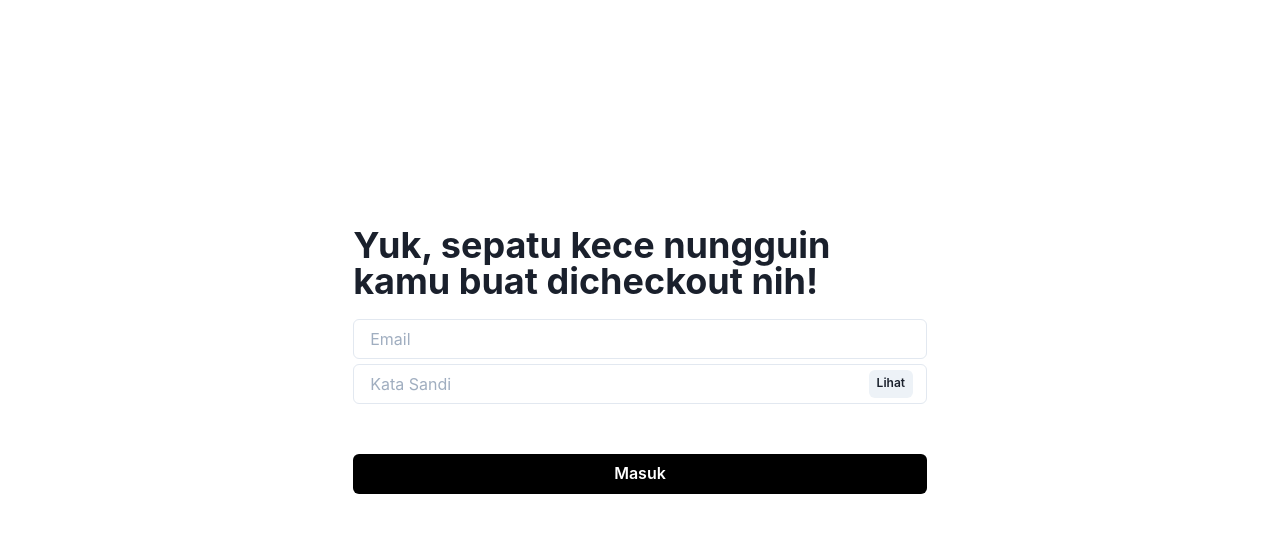
Repository: haileykwen/hanskering
Page: /
These files come from the project's save history. The page is drawn as it stood at one moment and after the next save; the edit follows.
The browser window is 1280 px wide. The pictures show the whole page.
The project was rebuilt for these pictures with package versions that can differ from the ones it lists, and the page was loaded fresh each time. Also part of the build but not shown: src/App.css, src/pages/Signup/index.js.

Above is the page before, as saved 2021-12-10 11:18:53.

### src/App.js
import './App.css';
import { Signin, Signup } from './pages';

function App() {
  return (
    // <Signup />
    <Signin />
  );
}

export default App;

### src/pages/index.js
import Signup from "./Signup";
import Signin from "./Signin";

export {
    Signup,
    Signin
}

### src/pages/Signin/index.js
import { Button } from '@chakra-ui/button'
import { Input, InputGroup, InputRightElement } from '@chakra-ui/input'
import { Container, Heading } from '@chakra-ui/layout'
import React from 'react'

const Signin = () => {
    const [show, setShow] = React.useState(false)
    const handleClick = () => setShow(!show)

    return (
        <Container minH="100vh" alignItems="center" justifyContent="center" centerContent>
            <Heading marginBottom="20px" lineHeight="100%">Yuk, sepatu kece nungguin kamu buat dicheckout nih!</Heading>

            <Input placeholder='Email' focusBorderColor="black"/>
            <InputGroup marginTop="5px">
                <Input
                    focusBorderColor="black"
                    type={show ? 'text' : 'password'}
                    placeholder='Kata Sandi'
                />
                <InputRightElement width='4.5rem'>
                    <Button h='1.75rem' size='xs' onClick={handleClick} _focus={{boxShadow: "none"}}>
                        {show ? 'Tutup' : 'Lihat'}
                    </Button>
                </InputRightElement>
            </InputGroup>

            <Button
                isLoading={false}
                loadingText='Submitting'
                marginTop="50px"
                width="100%"
                backgroundColor="black"
                transition="0.3s"
                outline="0"
                color="white"
                _hover={{backgroundColor: "white", color: "black", border: "2px solid black", transition: "0.3s", borderColor:"black"}}
                _focus={{boxShadow: "none"}}
            >
                Masuk
            </Button>
        </Container>
    )
}

export default Signin

Loaded but not shown: public/index.html (common file); src/index.js (common file); src/index.css (common file); src/reportWebVitals.js (common file)

After the next save:
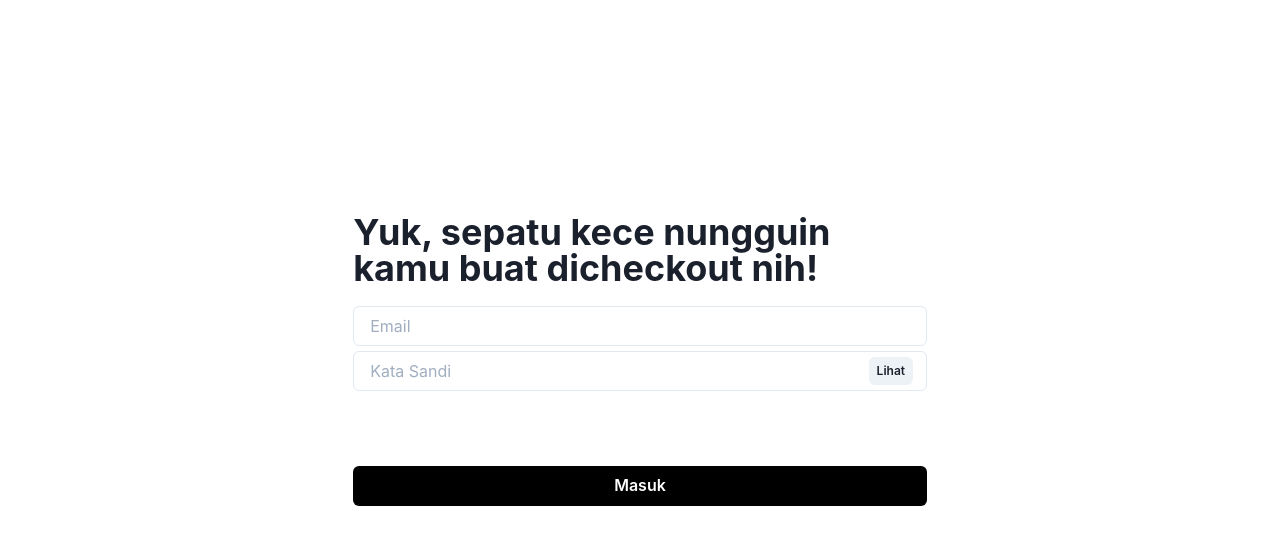
Saved 7 s later.
--- a/src/pages/Signin/index.js
+++ b/src/pages/Signin/index.js
@@ -28,7 +28,7 @@ const Signin = () => {
             <Button
                 isLoading={false}
                 loadingText='Submitting'
-                marginTop="50px"
+                marginTop="75px"
                 width="100%"
                 backgroundColor="black"
                 transition="0.3s"
